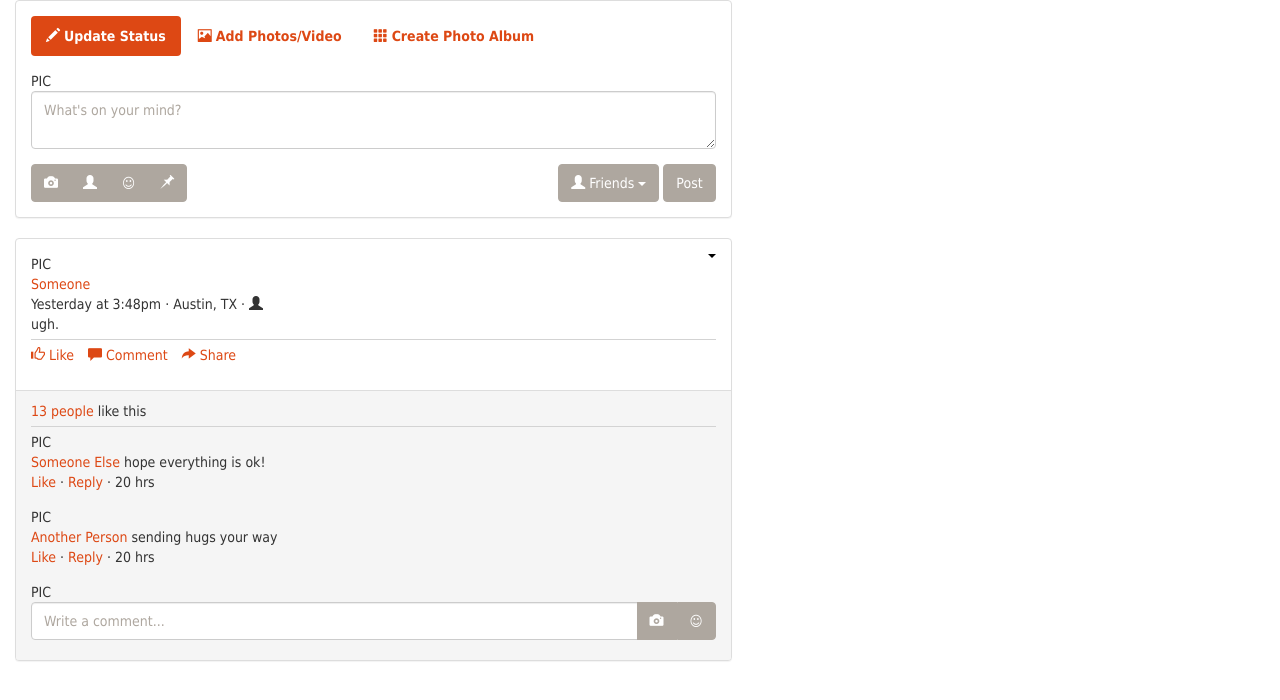
Repository: harshagithub19/news_feed
Page: fbapp3/src/main/webapp/statuscheck.html
An editor plug-in stored every save of this project. The page is shown before and after the next save, followed by the edit.
The browser window is 1280 px wide. The pictures show the whole page.
Some web fonts or font styles are not loaded; a fallback is used. Some web libraries are served in a nearby version.

Above is the page before, as saved 2017-03-02 04:47:50.

After the next save:
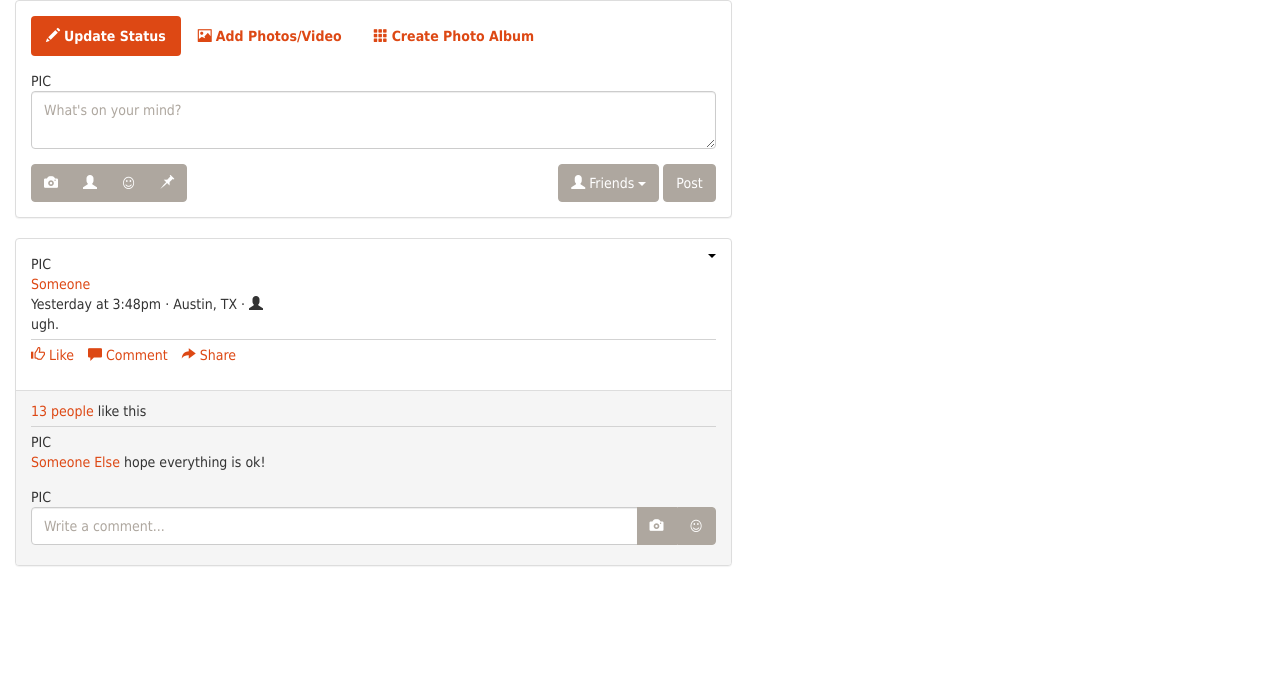
Saved 5 min 54 s later.
--- a/fbapp3/src/main/webapp/statuscheck.html
+++ b/fbapp3/src/main/webapp/statuscheck.html
@@ -137,13 +137,13 @@
   </div>
  </div> <!--  div of panel body for status update 1 -->
  <!-- panel body footer -->
- <div class="panel-footer">
+ <div class="panel-footer" id="o">
   <div class="row">
     <div class="col-md-12">
       <a href="#">13 people</a> like this
     </div>
 
-  </div>
+   </div>
 
 
   <hr>
@@ -156,16 +156,7 @@
       </div>
       <div class="media-body">
         <a href="#">Someone Else</a> hope everything is ok!
-        <br><a href="#">Like</a> · <a href="#">Reply</a> · 20 hrs
-      </div>
-    </li>
-    <li class="media">
-      <div class="media-left media-top">
-        PIC
-      </div>
-      <div class="media-body">
-        <a href="#">Another Person</a> sending hugs your way
-        <br><a href="#">Like</a> · <a href="#">Reply</a> · 20 hrs
+
       </div>
     </li>
     <li class="media">
